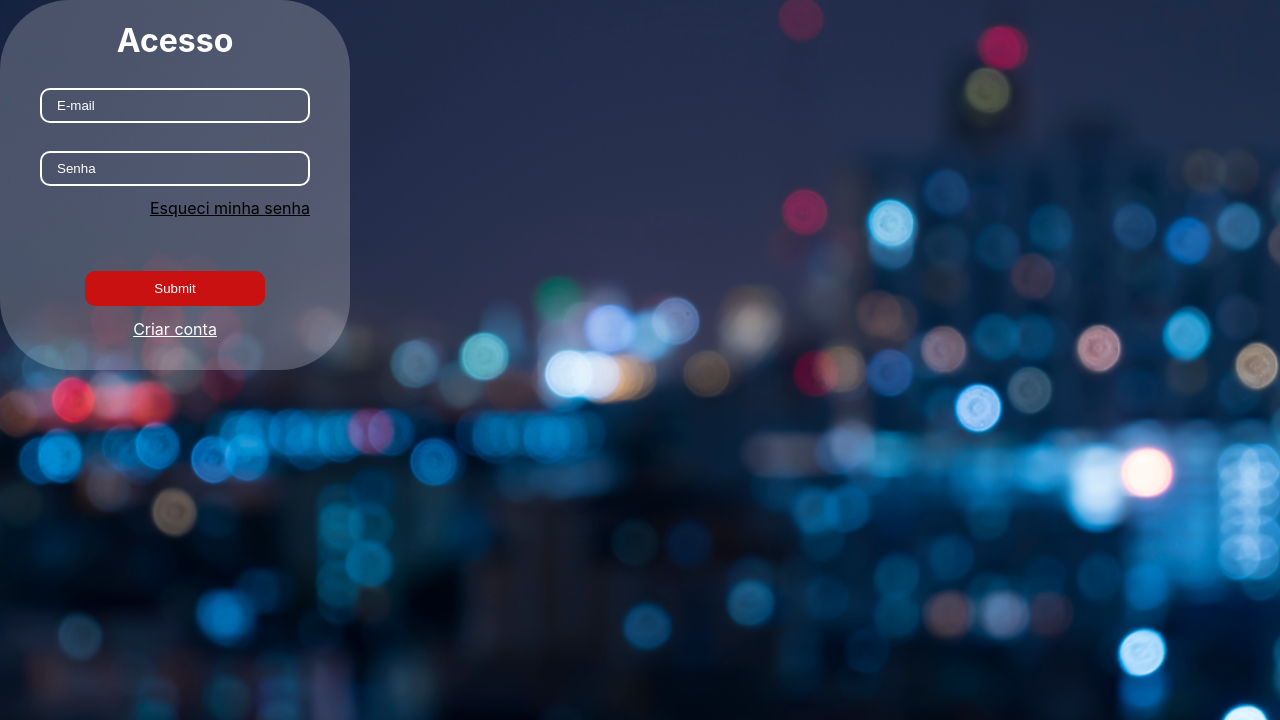
Repository: mateus-henrique-silva/Plataforma_videos_treinamento
Page: / (app in my-app/)
An editor plug-in stored every save of this project. The page is shown before and after a run of saves, followed by the edit.
The browser window is 1280 px wide. The pictures show the whole page.
The project was rebuilt for these pictures with package versions that can differ from the ones it lists, and the page was loaded fresh each time.

Above is the page before, as saved 2022-08-16 09:05:17.

### my-app/src/App.js
import logo from "./logo.svg";
import React from "react";
import "./App.css";
import Login from "./Pages/Login/Login"
import { BrowserRouter as Router, Routes, Route, Link } from "react-router-dom";

function App() {
  return (
    <div className="App">
      <Router>
        <Routes>
          <Route element={<Login />} path="/" />
        </Routes>
      </Router>
    </div>
  );
}

export default App;

### my-app/src/App.css
*{
  padding: 0;
  margin: 0;
  border:0;
}

### my-app/src/Pages/Login/Login.jsx
import React from "react";
import "./Login.css";
import FormLogin from '../../Components/formLogin/formLogin'

const Login = () => {
  return (
    <>
      <div className="backgound-one">
          <FormLogin/>
      </div>
    </>
  );
};

export default Login;

### my-app/src/Pages/Login/Login.css
.backgound-one{
    width:100vw;
    height:100vh;
    background: url("../../Assets//ImageBackground/Rectangle.png") fixed center no-repeat;
}

### my-app/src/Components/formLogin/formLogin.jsx
import React, { useState } from "react";
import "./formLogin.css";
import { BrowserRouter as Router, Routes, Route, Link } from "react-router-dom";

const FormLogin = () => {
  const [email, setEmail] = useState("");
  const [pass, setPass] = useState("");
  return (
    <div>
      <div className="box-login">
        <form className="formLogin">
          <h1>Acesso</h1>
          <input
            type="text"
            placeholder="E-mail"
            value={email}
            onChange={(e) => {
              setEmail(e.target.value);
            }}
          />
          <input
            type="password"
            placeholder="Senha"
            value={pass}
            onChange={(e) => {
              setPass(e.target.value);
            }}
          />
          <Link to="/">Esqueci minha senha</Link>
          <center>
            {" "}
            <input type="submit" />
          </center>
          <Link to="/">Criar conta</Link>
        </form>
      </div>
    </div>
  );
};

export default FormLogin;

### my-app/src/Components/formLogin/formLogin.css
.box-login {
  width: 350px;
  height: 370px;
  display: grid;
  background: rgba(255, 255, 255, 0.22);
  border-radius: 70px;
  justify-content: center;
  align-items: center;
}

.box-login .formLogin input[type="text"], [type="password"] {
  width: 270px;
  height: 35px;
  margin-bottom: 0;
  bottom: 0;
  margin-top: -15px;
  box-sizing: border-box;
  border: 2px solid #ffffff;
  border-radius: 10px;
  padding-left: 15px;
 background:transparent;
 color: #ffffff;
}
.box-login .formLogin input::placeholder {
    color: #ffffff;
  }
.box-login .formLogin {
  height: 100%;
  width: 350px;
  color: #ffffff;
  justify-content: center;
  align-items: center;
  display: grid;
}
.box-login .formLogin a{
    color: black;
    margin-top: -40px;
    display:flex;
    justify-content:flex-end;
}

.box-login .formLogin a:last-child{
    color: white;
    margin-top: -40px;
    display:flex;
    justify-content:center;
}

.box-login .formLogin h1 {
    text-align: center;
  }
.box-login .formLogin input[type="submit"] {
    width: 180px;
    height: 35px;
    margin-bottom: 0;
    bottom: 0;
    box-sizing: border-box;
    cursor: pointer;
    border-radius: 10px;

    background: #C91111;
   color: #ffffff;
  }

Loaded but not shown: my-app/public/index.html (common file); my-app/src/index.js (common file); my-app/src/index.css (common file); my-app/src/reportWebVitals.js (common file)

After the next 3 saves:
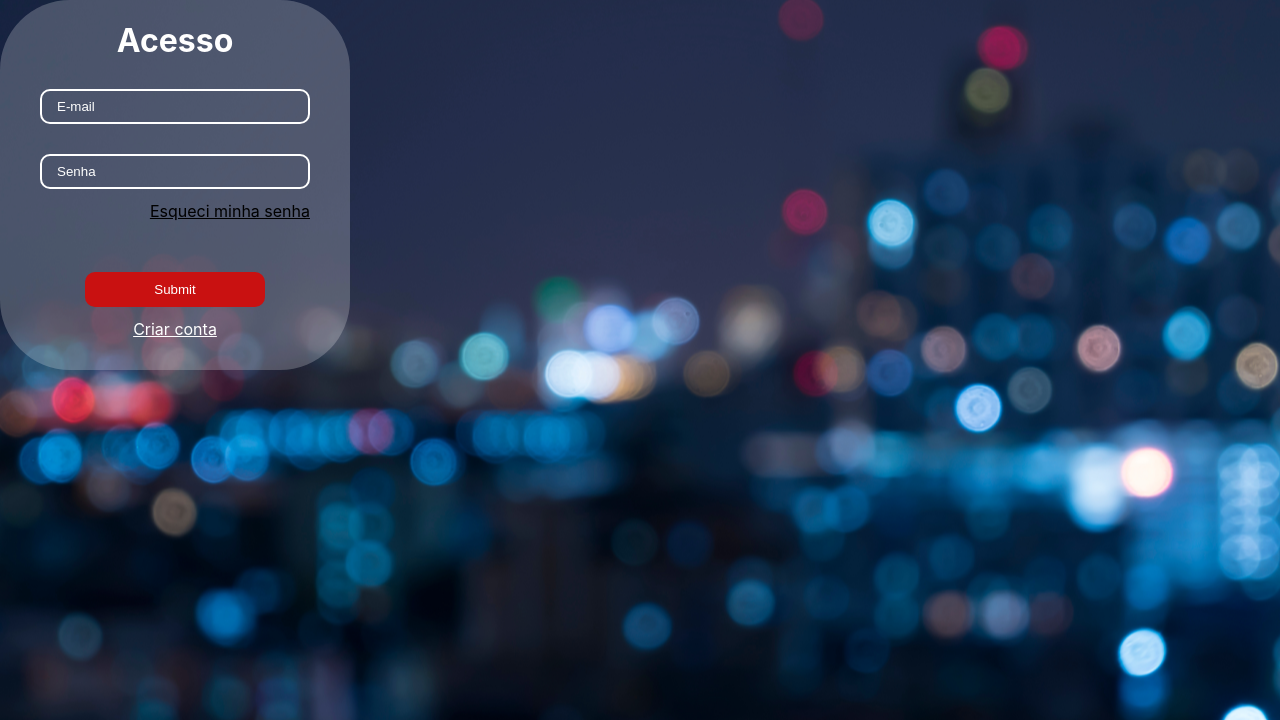
The 3 saves are shown as one change because they came seconds apart.
The last was saved 19 s later.
--- a/my-app/src/Components/formLogin/formLogin.css
+++ b/my-app/src/Components/formLogin/formLogin.css
@@ -13,7 +13,7 @@
   height: 35px;
   margin-bottom: 0;
   bottom: 0;
-  margin-top: -15px;
+  margin-top: -12px;
   box-sizing: border-box;
   border: 2px solid #ffffff;
   border-radius: 10px;
